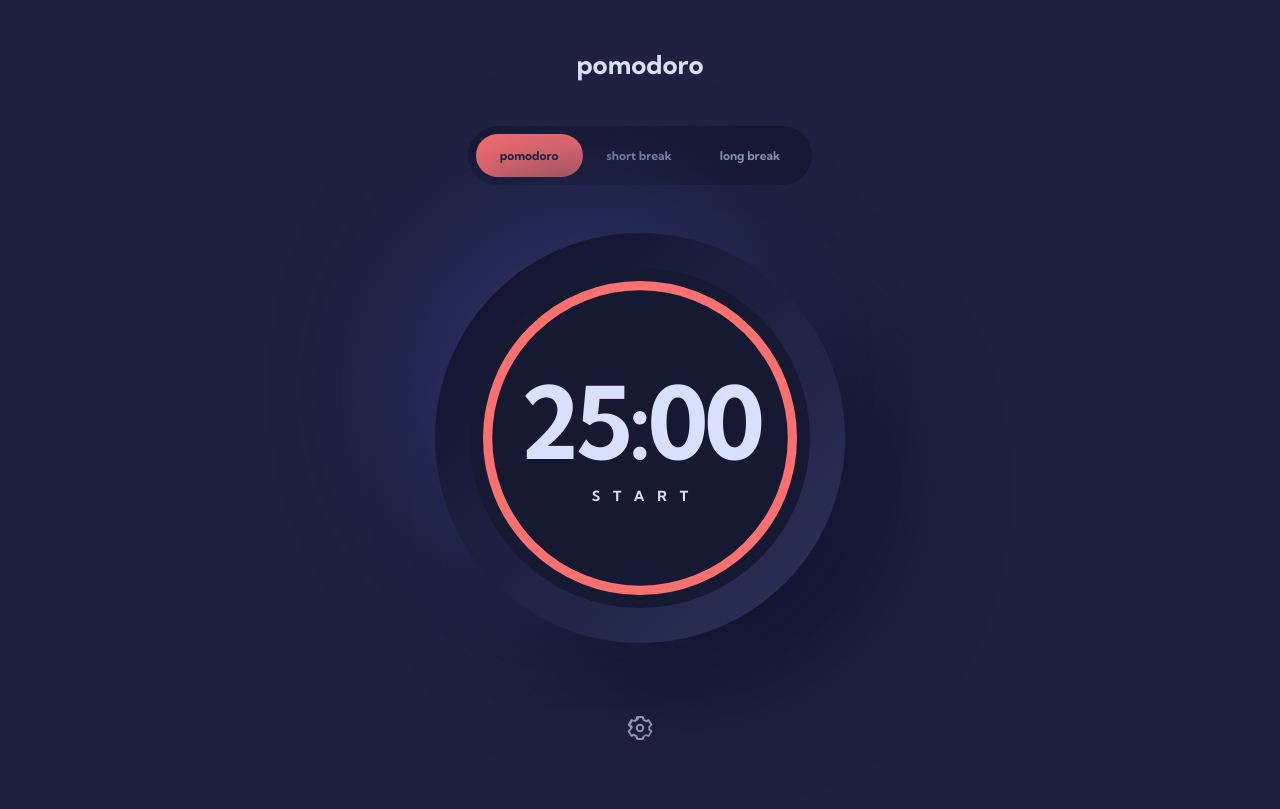
Repository: blordeus/pomodoro-app
Page: /
The author's editor kept a copy of each file at every save. The page is drawn from the files as they stood at one save, then again after the next save.
The browser window is 1280 px wide. The pictures show the whole page.
The project was rebuilt for these pictures with package versions that can differ from the ones it lists, and the page was loaded fresh each time. Also part of the build but not shown: src/components/TimeInput.jsx, src/components/SettingsModal.jsx.

Above is the page before, as saved 2026-05-09 17:58:15.

### index.html
<!doctype html>
<html lang="en">
  <head>
    <meta charset="UTF-8" />
    <meta name="viewport" content="width=device-width, initial-scale=1.0" />
    <title>Pomodoro App</title>
  </head>
  <body>
    <div id="root"></div>
    <script type="module" src="/src/main.jsx"></script>
  </body>
</html>

### src/main.jsx
import React from 'react';
import { createRoot } from 'react-dom/client';
import './index.css';
import App from './App.jsx';

createRoot(document.getElementById('root')).render(
  <React.StrictMode>
    <App />
  </React.StrictMode>
);

### src/index.css
@import url('https://fonts.googleapis.com/css2?family=Kumbh+Sans:wght@400;700&family=Roboto+Slab:wght@400;700&family=Space+Mono:wght@400;700&display=swap');

/* ─── Design Tokens ─────────────────────────────────────────── */
:root {
  --bg: #1E213F;
  --surface: #161932;
  --surface-alt: #0D0E1C;
  --text-primary: #D7E0FF;
  --text-muted: #8895B3;
  --modal-bg: #FFFFFF;
  --modal-text: #161932;
  --modal-label: #1E213F;
  --modal-section-title: #161932;
  --input-bg: #EFF1FA;
  --input-text: #1E213F;
  --divider: #E3E1E1;

  /* Accent — overridden by useSettings via JS */
  --accent: #F87070;

  /* Font — overridden by useSettings via JS */
  --font-app: 'Kumbh Sans', sans-serif;

  /* Timer sizing */
  --timer-outer: 410px;
  --timer-inner: 340px;
  --timer-ring-size: 339px;
}

/* ─── Reset & Base ──────────────────────────────────────────── */
*, *::before, *::after {
  box-sizing: border-box;
  margin: 0;
  padding: 0;
}

body {
  font-family: var(--font-app);
  background-color: var(--bg);
  color: var(--text-primary);
  min-height: 100vh;
  transition: font-family 0.2s ease;
}

button {
  cursor: pointer;
  border: none;
  background: none;
  font-family: inherit;
}

/* ─── App Layout ────────────────────────────────────────────── */
.app {
  display: flex;
  flex-direction: column;
  align-items: center;
  padding: 48px 24px 56px;
  min-height: 100vh;
}

.app__title {
  font-size: 1.625rem;
  font-weight: 700;
  letter-spacing: 0;
  color: var(--text-primary);
  margin-bottom: 45px;
}

/* ─── Mode Selector ─────────────────────────────────────────── */
.mode-selector {
  display: flex;
  align-items: center;
  background-color: var(--surface);
  border-radius: 31.5px;
  padding: 8px;
  gap: 0;
  margin-bottom: 48px;
}

.mode-btn {
  font-family: var(--font-app);
  font-size: 0.75rem;
  font-weight: 700;
  color: var(--text-muted);
  border-radius: 26.5px;
  padding: 14px 24px;
  transition: color 0.25s ease, background-color 0.25s ease;
  white-space: nowrap;
}

.mode-btn:hover {
  color: var(--text-primary);
}

.mode-btn--active {
  background-color: var(--accent);
  color: var(--modal-label);
}

/* ─── Timer ─────────────────────────────────────────────────── */
.timer-wrapper {
  margin-bottom: 63px;
}

.timer-outer {
  width: var(--timer-outer);
  height: var(--timer-outer);
  border-radius: 50%;
  background: linear-gradient(315deg, #2E325A 0%, #0E112A 100%);
  box-shadow:
    -50px -50px 100px #272C5A,
    50px 50px 100px #121530;
  display: flex;
  align-items: center;
  justify-content: center;
}

.timer-inner {
  width: var(--timer-inner);
  height: var(--timer-inner);
  border-radius: 50%;
  background: var(--surface);
  display: flex;
  align-items: center;
  justify-content: center;
  position: relative;
}

.timer-ring {
  position: absolute;
  inset: 0;
  display: flex;
  align-items: center;
  justify-content: center;
  width: 100%;
  height: 100%;
  padding: 13px;
}

.progress-ring {
  overflow: visible;
  width: 100%;
  height: 100%;
}

.timer-face {
  position: relative;
  z-index: 1;
  display: flex;
  flex-direction: column;
  align-items: center;
  gap: 15px;
  padding: 20px 40px;
  border-radius: 50%;
  background: transparent;
  transition: opacity 0.15s ease;
}

.timer-face:hover .timer-action {
  color: var(--accent);
}

.timer-time {
  font-family: var(--font-app);
  font-size: 6.25rem;
  font-weight: 700;
  color: var(--text-primary);
  letter-spacing: -4px;
  line-height: 1;
}

.timer-action {
  font-family: var(--font-app);
  font-size: 0.875rem;
  font-weight: 700;
  letter-spacing: 13px;
  color: var(--text-primary);
  text-transform: uppercase;
  transition: color 0.2s ease;
  /* offset to account for letter-spacing on last char */
  padding-left: 13px;
}

/* ─── Settings Trigger ──────────────────────────────────────── */
.settings-trigger {
  color: var(--text-muted);
  transition: color 0.2s ease;
  padding: 8px;
}

.settings-trigger:hover {
  color: var(--text-primary);
}

/* ─── Settings Modal ────────────────────────────────────────── */
.modal-backdrop {
  position: fixed;
  inset: 0;
  background: rgba(10, 12, 28, 0.5);
  display: flex;
  align-items: center;
  justify-content: center;
  z-index: 100;
  padding: 24px;
}

.modal {
  background: var(--modal-bg);
  border-radius: 25px;
  width: 100%;
  max-width: 540px;
  position: relative;
  overflow: visible;
}

.modal__header {
  display: flex;
  align-items: center;
  justify-content: space-between;
  padding: 34px 40px 28px;
  border-bottom: 1px solid var(--divider);
}

.modal__title {
  font-size: 1.75rem;
  font-weight: 700;
  color: var(--modal-label);
}

.modal__close {
  color: var(--text-muted);
  padding: 4px;
  transition: color 0.2s ease;
  display: flex;
  align-items: center;
  justify-content: center;
}

.modal__close:hover {
  color: var(--modal-label);
}

.modal__body {
  padding: 24px 40px;
}

.modal__section {
  padding: 24px 0;
}

.modal__section--row {
  display: flex;
  align-items: center;
  justify-content: space-between;
}

.modal__section-title {
  font-size: 0.6875rem;
  font-weight: 700;
  letter-spacing: 4.23px;
  color: var(--modal-section-title);
  text-transform: uppercase;
  margin-bottom: 18px;
}

.modal__section--row .modal__section-title {
  margin-bottom: 0;
}

.modal__time-inputs {
  display: flex;
  gap: 20px;
}

.modal__divider {
  height: 1px;
  background: var(--divider);
}

.modal__options {
  display: flex;
  gap: 16px;
  align-items: center;
}

.modal__footer {
  display: flex;
  justify-content: center;
  padding-bottom: 53px;
  /* Apply button overlaps the bottom of the modal */
  margin-top: -20px;
}

/* ─── TimeInput ─────────────────────────────────────────────── */
.time-input {
  flex: 1;
  display: flex;
  flex-direction: column;
  gap: 8px;
}

.time-input__label {
  font-size: 0.75rem;
  font-weight: 700;
  color: var(--text-muted);
}

.time-input__control {
  display: flex;
  align-items: center;
  justify-content: space-between;
  background: var(--input-bg);
  border-radius: 10px;
  padding: 14px 16px;
}

.time-input__value {
  font-size: 0.875rem;
  font-weight: 700;
  color: var(--input-text);
}

.time-input__arrows {
  display: flex;
  flex-direction: column;
  gap: 8px;
}

.time-input__arrow {
  color: #8895B3;
  display: flex;
  align-items: center;
  justify-content: center;
  transition: color 0.15s ease;
  padding: 0;
  line-height: 1;
}

.time-input__arrow:hover {
  color: var(--input-text);
}

/* ─── Font Buttons ──────────────────────────────────────────── */
.font-btn {
  width: 40px;
  height: 40px;
  border-radius: 50%;
  font-size: 0.9375rem;
  font-weight: 700;
  background: var(--input-bg);
  color: var(--modal-label);
  display: flex;
  align-items: center;
  justify-content: center;
  transition: background-color 0.2s ease, color 0.2s ease;
}

.font-btn--active {
  background: var(--modal-label);
  color: var(--modal-bg);
}

/* ─── Color Buttons ─────────────────────────────────────────── */
.color-btn {
  width: 40px;
  height: 40px;
  border-radius: 50%;
  position: relative;
  transition: opacity 0.2s ease;
}

.color-btn:hover {
  opacity: 0.85;
}

.color-btn--active::after {
  content: '';
  position: absolute;
  inset: 0;
  display: flex;
  align-items: center;
  justify-content: center;
  background-image: url("data:[embedded picture, 244 characters]");
  background-repeat: no-repeat;
  background-position: center;
}

/* ─── Apply Button ──────────────────────────────────────────── */
.apply-btn {
  font-family: var(--font-app);
  font-size: 1rem;
  font-weight: 700;
  color: white;
  background: var(--accent);
  border-radius: 26.5px;
  padding: 17px 47px;
  transition: filter 0.2s ease;
}

.apply-btn:hover {
  filter: brightness(1.15);
}

/* ─── Responsive ────────────────────────────────────────────── */
@media (max-width: 600px) {
  :root {
    --timer-outer: 300px;
    --timer-inner: 267px;
    --timer-ring-size: 248px;
  }

  .app {
    padding: 32px 24px 48px;
  }

  .app__title {
    margin-bottom: 40px;
  }

  .mode-selector {
    margin-bottom: 45px;
  }

  .mode-btn {
    padding: 11px 16px;
    font-size: 0.6875rem;
  }

  .timer-time {
    font-size: 5rem;
    letter-spacing: -3px;
  }

  .timer-wrapper {
    margin-bottom: 56px;
  }

  /* Settings modal: stack time inputs vertically */
  .modal__time-inputs {
    flex-direction: column;
    gap: 8px;
  }

  .time-input {
    flex-direction: row;
    align-items: center;
    justify-content: space-between;
  }

  .time-input__label {
    flex-shrink: 0;
  }

  .modal__header {
    padding: 28px 24px 24px;
  }

  .modal__body {
    padding: 24px 24px;
  }

  .modal__section--row {
    flex-direction: column;
    align-items: center;
    gap: 18px;
    text-align: center;
  }

  .modal__section-title {
    margin-bottom: 0;
  }
}

### src/App.jsx
import React, { useState } from 'react';
import { useTimer } from './hooks/useTimer';
import { useSettings } from './hooks/useSettings';
import ModeSelector from './components/ModeSelector';
import TimerDisplay from './components/TimerDisplay';
import SettingsModal from './components/SettingsModal';

const App = () => {
  const { settings, applySettings } = useSettings();
  const { mode, status, formattedTime, progress, start, pause, restart, switchMode } = useTimer(settings);
  const [showSettings, setShowSettings] = useState(false);

  return (
    <div className="app">
      <h1 className="app__title">pomodoro</h1>

      <ModeSelector mode={mode} onSwitch={switchMode} />

      <TimerDisplay
        formattedTime={formattedTime}
        progress={progress}
        status={status}
        onStart={start}
        onPause={pause}
        onRestart={restart}
      />

      <button
        className="settings-trigger"
        onClick={() => setShowSettings(true)}
        aria-label="Open settings"
      >
        <svg width="28" height="28" viewBox="0 0 28 28" xmlns="http://www.w3.org/2000/svg" fill="currentColor">
          <path fillRule="evenodd" clipRule="evenodd" d="M14 9.8a4.2 4.2 0 100 8.4 4.2 4.2 0 000-8.4zM11.8 14a2.2 2.2 0 114.4 0 2.2 2.2 0 01-4.4 0z"/>
          <path fillRule="evenodd" clipRule="evenodd" d="M11.28 2a1 1 0 00-.97.757L9.6 5.09a9.14 9.14 0 00-1.49.863L5.75 5.2a1 1 0 00-1.163.44l-2.72 4.71a1 1 0 00.22 1.247l1.87 1.57a9.225 9.225 0 000 1.664l-1.87 1.57a1 1 0 00-.22 1.247l2.72 4.71a1 1 0 001.163.44l2.36-.753c.469.332.965.625 1.49.863l.71 2.333A1 1 0 0011.28 26h5.44a1 1 0 00.97-.757l.71-2.333a9.14 9.14 0 001.49-.863l2.36.753a1 1 0 001.163-.44l2.72-4.71a1 1 0 00-.22-1.247l-1.87-1.57a9.22 9.22 0 000-1.664l1.87-1.57a1 1 0 00.22-1.247l-2.72-4.71A1 1 0 0022.25 5.2l-2.36.753a9.14 9.14 0 00-1.49-.863l-.71-2.333A1 1 0 0016.72 2h-5.44zm.793 2h3.854l.636 2.088a1 1 0 00.643.664 7.14 7.14 0 012.122 1.228 1 1 0 00.928.163l2.115-.675 1.927 3.338-1.674 1.406a1 1 0 00-.35.926c.053.352.08.71.08 1.062s-.027.71-.08 1.062a1 1 0 00.35.926l1.674 1.406-1.927 3.338-2.115-.675a1 1 0 00-.928.163 7.14 7.14 0 01-2.122 1.228 1 1 0 00-.643.664L15.927 24h-3.854l-.636-2.088a1 1 0 00-.643-.664 7.14 7.14 0 01-2.122-1.228 1 1 0 00-.928-.163l-2.115.675-1.927-3.338 1.674-1.406a1 1 0 00.35-.926A7.27 7.27 0 016.646 14c0-.352.027-.71.08-1.062a1 1 0 00-.35-.926L4.702 10.606l1.927-3.338 2.115.675a1 1 0 00.928-.163A7.14 7.14 0 0111.794 6.57a1 1 0 00.643-.664L13.073 4z"/>
        </svg>
      </button>

      {showSettings && (
        <SettingsModal
          settings={settings}
          onApply={applySettings}
          onClose={() => setShowSettings(false)}
        />
      )}
    </div>
  );
};

export default App;

### src/hooks/useTimer.js
import { useState, useEffect, useRef, useCallback } from 'react';

const MODES = {
  pomodoro: 'pomodoro',
  shortBreak: 'shortBreak',
  longBreak: 'longBreak',
};

export const useTimer = (settings) => {
  const [mode, setMode] = useState(MODES.pomodoro);
  const [status, setStatus] = useState('idle'); // idle | running | paused | complete
  const [timeLeft, setTimeLeft] = useState(settings.pomodoro * 60);
  const intervalRef = useRef(null);

  const totalTime = settings[mode] * 60;

  // Reset timer when mode or settings change
  useEffect(() => {
    clearInterval(intervalRef.current);
    setStatus('idle');
    setTimeLeft(settings[mode] * 60);
  }, [mode, settings]);

  useEffect(() => {
    if (status === 'running') {
      intervalRef.current = setInterval(() => {
        setTimeLeft((prev) => {
          if (prev <= 1) {
            clearInterval(intervalRef.current);
            setStatus('complete');
            return 0;
          }
          return prev - 1;
        });
      }, 1000);
    } else {
      clearInterval(intervalRef.current);
    }

    return () => clearInterval(intervalRef.current);
  }, [status]);

  const start = useCallback(() => setStatus('running'), []);
  const pause = useCallback(() => setStatus('paused'), []);
  const restart = useCallback(() => {
    setStatus('idle');
    setTimeLeft(settings[mode] * 60);
  }, [mode, settings]);

  const switchMode = useCallback((newMode) => {
    setMode(newMode);
  }, []);

  const minutes = Math.floor(timeLeft / 60);
  const seconds = timeLeft % 60;
  const formattedTime = `${String(minutes).padStart(2, '0')}:${String(seconds).padStart(2, '0')}`;
  const progress = timeLeft / totalTime; // 1 = full, 0 = empty

  return {
    mode,
    status,
    timeLeft,
    totalTime,
    formattedTime,
    progress,
    start,
    pause,
    restart,
    switchMode,
    MODES,
  };
};

### src/hooks/useSettings.js
import { useState, useEffect } from 'react';

const STORAGE_KEY = 'pomodoro-settings';

const DEFAULT_SETTINGS = {
  pomodoro: 25,
  shortBreak: 5,
  longBreak: 15,
  font: 'kumbh',   // kumbh | roboto | mono
  color: 'red',    // red | cyan | purple
};

export const useSettings = () => {
  const [settings, setSettings] = useState(() => {
    try {
      const saved = localStorage.getItem(STORAGE_KEY);
      return saved ? { ...DEFAULT_SETTINGS, ...JSON.parse(saved) } : DEFAULT_SETTINGS;
    } catch {
      return DEFAULT_SETTINGS;
    }
  });

  // Apply font + color to :root whenever settings change
  useEffect(() => {
    const root = document.documentElement;

    const fontMap = {
      kumbh: "'Kumbh Sans', sans-serif",
      roboto: "'Roboto Slab', serif",
      mono: "'Space Mono', monospace",
    };

    const colorMap = {
      red: '#F87070',
      cyan: '#70F3F8',
      purple: '#D881F8',
    };

    root.style.setProperty('--accent', colorMap[settings.color]);
    root.style.setProperty('--font-app', fontMap[settings.font]);
  }, [settings.font, settings.color]);

  const applySettings = (newSettings) => {
    const merged = { ...settings, ...newSettings };
    setSettings(merged);
    try {
      localStorage.setItem(STORAGE_KEY, JSON.stringify(merged));
    } catch {
      // storage unavailable, silently continue
    }
  };

  return { settings, applySettings };
};

### src/components/ModeSelector.jsx
import React, { useState } from 'react';

const LABELS = {
  pomodoro: 'pomodoro',
  shortBreak: 'short break',
  longBreak: 'long break',
};

const ModeSelector = ({ mode, onSwitch }) => {
  return (
    <nav className="mode-selector" aria-label="Timer mode">
      {Object.entries(LABELS).map(([key, label]) => (
        <button
          key={key}
          className={`mode-btn${mode === key ? ' mode-btn--active' : ''}`}
          onClick={() => onSwitch(key)}
          aria-pressed={mode === key}
        >
          {label}
        </button>
      ))}
    </nav>
  );
};

export default ModeSelector;

### src/components/TimerDisplay.jsx
import React, { useState } from 'react';
import CircularProgress from './CircularProgress';

const ACTION_LABELS = {
  idle: 'START',
  running: 'PAUSE',
  paused: 'RESUME',
  complete: 'RESTART',
};

const TimerDisplay = ({ formattedTime, progress, status, onStart, onPause, onRestart }) => {
  const actionLabel = ACTION_LABELS[status];

  const handleAction = () => {
    if (status === 'idle' || status === 'paused') onStart();
    else if (status === 'running') onPause();
    else if (status === 'complete') onRestart();
  };

  return (
    <div className="timer-wrapper">
      {/* Outer decorative circle with layered shadow effect */}
      <div className="timer-outer">
        <div className="timer-inner">
          {/* SVG progress ring sits behind the content */}
          <div className="timer-ring">
            <CircularProgress progress={progress} />
          </div>
          {/* Time + action button */}
          <button
            className="timer-face"
            onClick={handleAction}
            aria-label={`${actionLabel} timer, time remaining ${formattedTime}`}
          >
            <span className="timer-time">{formattedTime}</span>
            <span className="timer-action">{actionLabel}</span>
          </button>
        </div>
      </div>
    </div>
  );
};

export default TimerDisplay;

### src/components/CircularProgress.jsx
import React, { useState } from 'react';

const CircularProgress = ({ progress, size = 339, strokeWidth = 10 }) => {
  const radius = (size - strokeWidth) / 2;
  const circumference = 2 * Math.PI * radius;
  const offset = circumference - progress * circumference;

  return (
    <svg
      width="100%"
      height="100%"
      viewBox={`0 0 ${size} ${size}`}
      className="progress-ring"
      aria-hidden="true"
    >
      {/* Track (background ring) — invisible, just for spacing */}
      <circle
        cx={size / 2}
        cy={size / 2}
        r={radius}
        fill="none"
        stroke="transparent"
        strokeWidth={strokeWidth}
      />
      {/* Progress arc */}
      <circle
        cx={size / 2}
        cy={size / 2}
        r={radius}
        fill="none"
        stroke="var(--accent)"
        strokeWidth={strokeWidth}
        strokeLinecap="round"
        strokeDasharray={circumference}
        strokeDashoffset={offset}
        // Start at 12 o'clock (default SVG starts at 3 o'clock)
        transform={`rotate(-90 ${size / 2} ${size / 2})`}
        style={{ transition: 'stroke-dashoffset 0.5s linear' }}
      />
    </svg>
  );
};

export default CircularProgress;

After the next save:
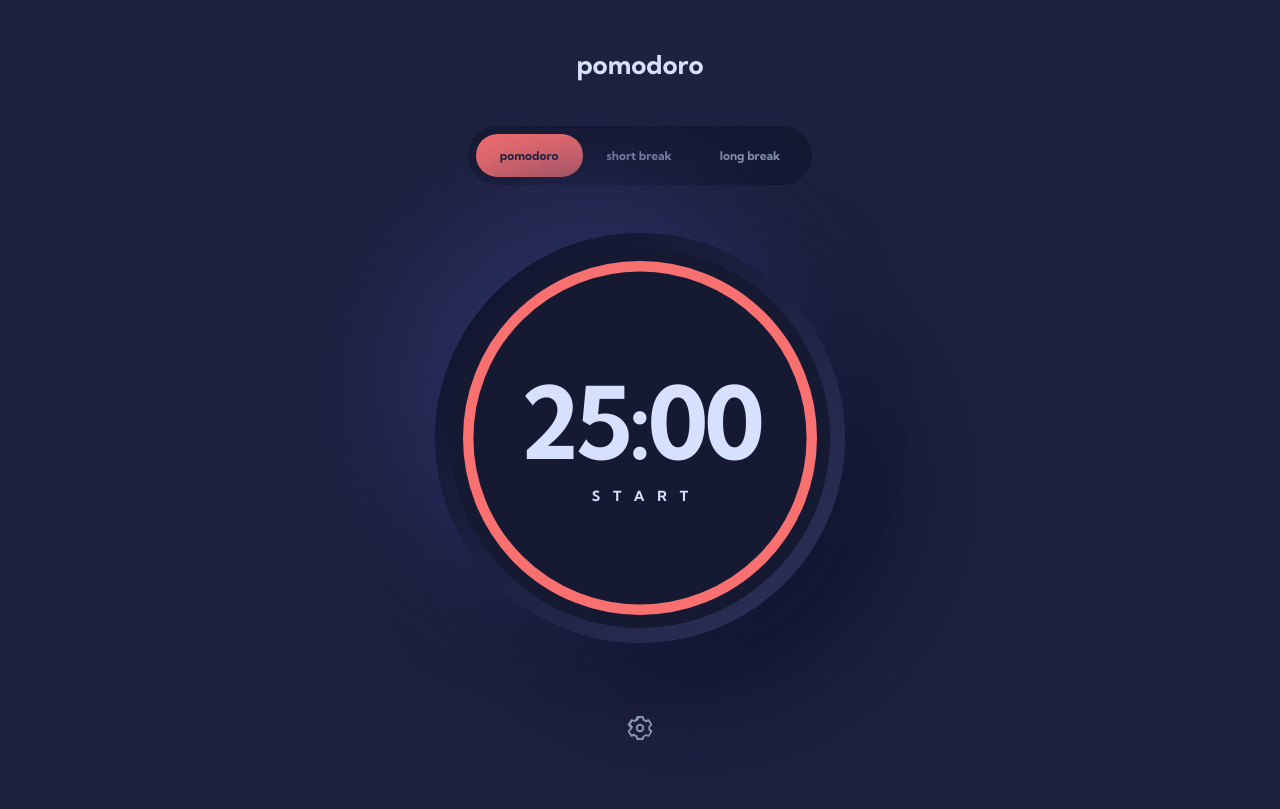
Saved 17 s later.
--- a/src/index.css
+++ b/src/index.css
@@ -23,7 +23,7 @@
 
   /* Timer sizing */
   --timer-outer: 410px;
-  --timer-inner: 340px;
+  --timer-inner: 380px;
   --timer-ring-size: 339px;
 }
 

After the save that followed:
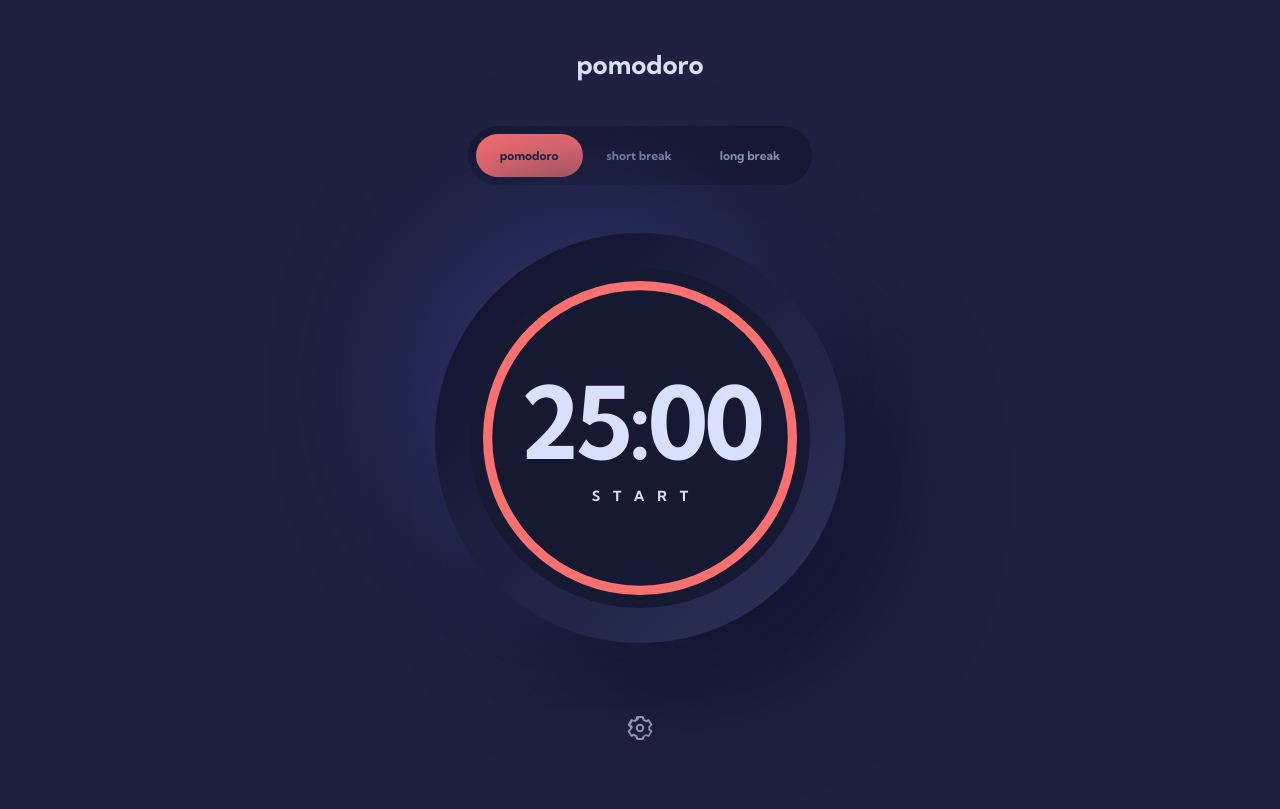
Saved 5 s later.
--- a/src/index.css
+++ b/src/index.css
@@ -23,7 +23,7 @@
 
   /* Timer sizing */
   --timer-outer: 410px;
-  --timer-inner: 380px;
+  --timer-inner: 340px;
   --timer-ring-size: 339px;
 }
 
